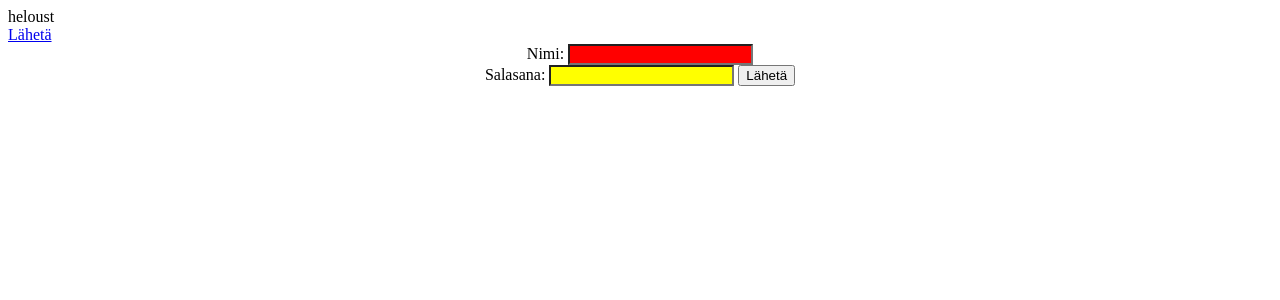
Repository: sirkian/ohj2-t4
Page: http://localhost/Kommunikaatio/
An editor plug-in stored every save of this project. The page is shown before and after the next save, followed by the edit.
The browser window is 1280 px wide. The pictures show the whole page.
The page is served by Tomcat 9.

Above is the page before, as saved 2022-03-19 14:00:55.

### Kommunikaatio/src/main/webapp/index.jsp
<%@ page language="java" contentType="text/html; charset=ISO-8859-1"
    pageEncoding="ISO-8859-1"%>
<!DOCTYPE html>
<html>
<head>
<meta charset="ISO-8859-1">
<title>Insert title here</title>
<style>
body {
	display: flex;
	flex-direction: column;
}
.nimi {
	background: red;
	right: 5em;
}
.pw {
	background: yellow;
}
form {
	text-align: center;
}
</style>
</head>
<body>
heloust
<a href="toka.jsp?nimi=jaska&ika=10">Lähetä</a>
<form action="kolmas.jsp" method="POST">
	Nimi: <input class="nimi" type="text" name="nimi"><br>
	Salasana: <input class="pw" type="password" name="pwd">
	<input type="submit" value="Lähetä">
</form>
</body>
</html>

After the next save:
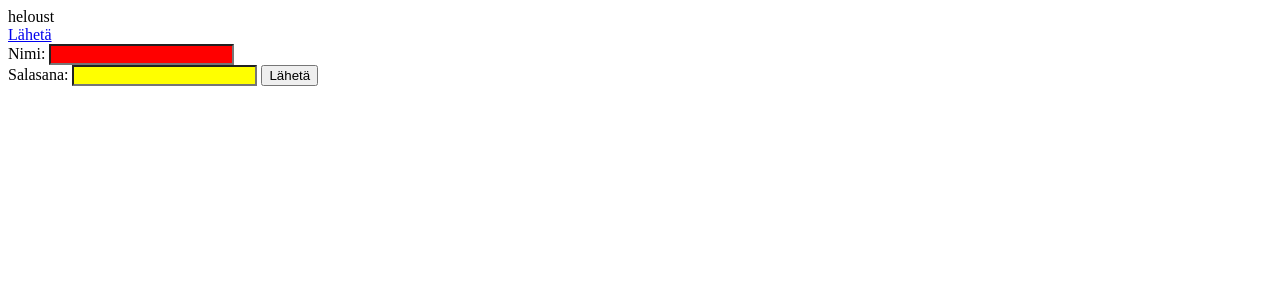
Saved 30 s later.
--- a/Kommunikaatio/src/main/webapp/index.jsp
+++ b/Kommunikaatio/src/main/webapp/index.jsp
@@ -18,7 +18,7 @@ body {
 	background: yellow;
 }
 form {
-	text-align: center;
+	font-weight: 500;
 }
 </style>
 </head>
